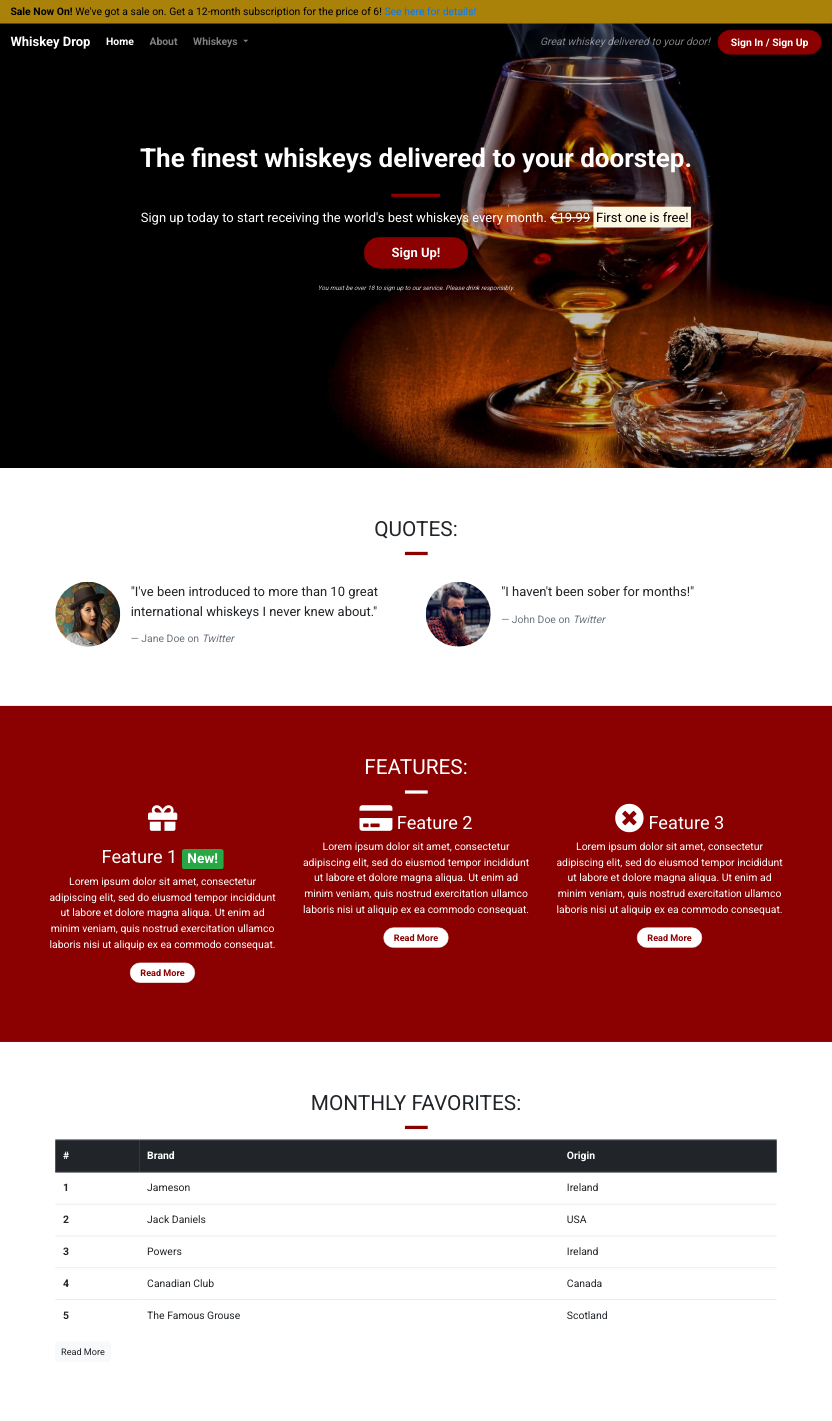
Repository: dof-bull/whiskey-drop
Page: index.html
The author's editor kept a record of every edit. The page is drawn from the files as they stood at one moment, then again after the next edit.
The browser window is 1280 px wide. The pictures show the whole page, at 65% of full size.
Backgrounds fixed to the window are drawn as part of the page. Some web libraries are served in a nearby version.

Above is the page before.

### index.html
<!DOCTYPE html>
<html lang="en-us">

<head>
  <meta charset="utf-8">
  <meta name="viewport" content="width=device-width, initial-scale=1.0">
  <title>Whiskey Drop | Taste a new whiskey every month</title>
  <link rel="stylesheet" href="https://maxcdn.bootstrapcdn.com/bootstrap/4.1.3/css/bootstrap.min.css">
  <link rel="stylesheet" href="https://use.fontawesome.com/releases/v5.6.1/css/all.css" integrity="sha384-gfdkjb5BdAXd+lj+gudLWI+BXq4IuLW5IT+brZEZsLFm++aCMlF1V92rMkPaX4PP" crossorigin="anonymous">
  <link href="https://fonts.googleapis.com/css?family=Roboto:400,700&display=swap" rel="stylesheet">
  <link rel="stylesheet" href="css/style.css" type="text/css" />
</head>

<body>

  <!-- Nav -->
  <div class="container-fluid navalert-container">
    <div class="container-fluid alert-container">
      <div class="row d-none d-sm-block">
        <div class="col-12">
          <div class="site-wide-alert alert alert-warning">
            <strong>Sale Now On!</strong> We've got a sale on. Get a 12-month subscription for the price of 6! <a href="">See here for details!</a>
          </div>
        </div>
      </div>
    </div>
    <nav class="navbar navbar-dark navbar-expand-sm">
      <a href="/" class="navbar-brand">Whiskey Drop</a>

      <button class="navbar-toggler ml-auto" type="button" data-toggle="collapse" data-target="#navbarNavDropdown" aria-controls="navbarNavDropdown" aria-expanded="false" aria-label="Toggle navigation">
        <span class="navbar-toggler-icon"></span></button>

      <div class="collapse navbar-collapse" id="navbarNavDropdown">
        <ul class="navbar-nav mr-auto">
          <li class="active nav-item mr-2"><a class="nav-link" href="/">Home</a></li>
          <li class="nav-item mr-2"><a class="nav-link" href="/about">About</a></li>
          <li class="nav-item dropdown">
            <a class="nav-link dropdown-toggle" href="#" id="navbarDropdownMenuLink" role="button" data-toggle="dropdown" aria-haspopup="true" aria-expanded="false">
          Whiskeys
        </a>
            <div class="dropdown-menu" aria-labelledby="navbarDropdownMenuLink">
              <a class="dropdown-item" href="#">Irish</a>
              <a class="dropdown-item" href="#">Scotch</a>
              <a class="dropdown-item" href="#">Japanese</a>
              <a class="dropdown-item" href="#">American</a>
            </div>
          </li>

          <li class="nav-item mr-2 d-block d-sm-none"><a class="nav-link" href="/login">Sign In / Sign Up</a></li>
        </ul>
      </div>
      <div class="d-none d-md-block">
        <p class="navbar-text my-auto mr-2"><i>Great whiskey delivered to your door!</i></p>
        <a href="/login" class="btn btn--cta btn--red">Sign In / Sign Up</a>
      </div>
    </nav>
  </div>
  <!-- /Nav -->

  <!-- Callout -->
  <div class="container-fluid callout-container">
    <div class="opaque-overlay">&nbsp;</div>
    <div class="row">
      <div class="col-12">
        <section class="callout jumbotron text-center">
          <h1 class="jumbotron-header">The finest whiskeys delivered to your doorstep.</h1>
          <hr class="block-divider block-divider--red">
          <p class="lead">Sign up today to start receiving the world's best whiskeys every month.
            <s class="d-none d-sm-inline">€19.99</s>
            <span class="d-inline d-sm-none"><br></span>
            <strong><mark>First one is free!</mark></strong></p>
          <p><button class="btn btn-lg btn--cta btn--red" data-toggle="modal" data-target="#signUpModal">Sign Up!</button></p>
          <p class="text-muted"><small>You must be over 18 to sign up to our service. Please drink responsibly.</small></p>
        </section>
      </div>
    </div>
  </div>
  <!-- /.callout -->

  <!-- Quotes -->
  <div class="container-wrapper">
    <div class="container quotes-container content-container">
      <section class="quotes">
        <div class="row">
          <div class="col-12 page-header">
            <h2 class="text-uppercase">Quotes:</h2>
            <hr class="block-divider block-divider--short">
          </div>
        </div>
        <div class="row">
          <div class="col-12 col-md-6">
            <div class="media">
              <div class="d-none d-sm-block">
                <img src="images/girl-image.png" class="rounded-circle mr-3" height=100 width=100 alt="girl">
              </div>
              <div class="media-body">
                <blockquote class="blockquote">
                  <p>"I've been introduced to more than 10 great international whiskeys I never knew about."</p>
                  <footer class="blockquote-footer">Jane Doe on <cite title="Twitter">Twitter</cite></footer>
                </blockquote>
              </div>
            </div>
          </div>
          <div class="col-12 col-md-6">
            <div class="media">
              <div class="d-none d-sm-block">
                <img src="images/guy-image.png" class="rounded-circle mr-3" height=100 width=100 alt="guy">
              </div>
              <div class="media-body">
                <blockquote class="blockquote">
                  <p>"I haven't been sober for months!"</p>
                  <footer class="blockquote-footer">John Doe on <cite title="Twitter">Twitter</cite></footer>
                </blockquote>
              </div>
            </div>
          </div>
        </div>
      </section>
    </div>
  </div>
  <!-- /.quotes -->

  <!-- Features -->
    <div class="container-wrapper container-wrapper--red">
        <div class="container features-container content-container">
            <section class="features">
                <div class="row">
                    <div class="col-12 page-header">
                        <h2 class="text-uppercase">Features:</h2>
                        <hr class="block-divider block-divider--short block-divider--white">
                    </div>
        <div class="row">
          <div class="col-12 col-md-6 col-lg-4">
            <div class="feature">
              <h3><i class="fas fa-gift d-none d-sm-block"></i> Feature 1 <span class="badge badge-success">New!</span></h3>
              <p>Lorem ipsum dolor sit amet, consectetur adipiscing elit, sed do eiusmod tempor incididunt ut labore et dolore magna aliqua. Ut enim ad minim veniam, quis nostrud exercitation ullamco laboris nisi ut aliquip ex ea commodo consequat.</p>
              <p><a class="btn btn-sm btn-light" href="">Read More</a></p>
            </div>
          </div>
          <div class="col-12 col-md-6 col-lg-4">
            <div class="feature">
              <h3><i class="fas fa-credit-card d-none d-sm-inline"></i> Feature 2</h3>
              <p>Lorem ipsum dolor sit amet, consectetur adipiscing elit, sed do eiusmod tempor incididunt ut labore et dolore magna aliqua. Ut enim ad minim veniam, quis nostrud exercitation ullamco laboris nisi ut aliquip ex ea commodo consequat.</p>
              <p><a class="btn btn-sm btn-light" href="">Read More</a></p>
            </div>
          </div>
          <div class="col-12 d-md-none d-lg-block col-lg-4">
            <div class="feature">
              <h3><i class="fas fa-times-circle d-none d-sm-inline"></i> Feature 3</h3>
              <p>Lorem ipsum dolor sit amet, consectetur adipiscing elit, sed do eiusmod tempor incididunt ut labore et dolore magna aliqua. Ut enim ad minim veniam, quis nostrud exercitation ullamco laboris nisi ut aliquip ex ea commodo consequat.</p>
              <p><a class="btn btn-sm btn-light" href="">Read More</a></p>
            </div>
          </div>
        </div>
      </section>
    </div>
  </div>
  <!-- /.features -->

  <!-- Monthly Favorites -->
  <div class="container monthly-favorites-container content-container">
    <section class="monthly-favorites d-none d-sm-none d-md-block d-lg-block">
      <div class="row">
        <div class="col-12 page-header">
          <h2 class="text-uppercase">Monthly Favorites:</h2>
          <hr class="block-divider block-divider--short">
        </div>
      </div>
      <table class="table">
        <thead class="thead-dark">
          <tr>
            <th scope="col">#</th>
            <th scope="col">Brand</th>
            <th scope="col">Origin</th>
          </tr>
        </thead>
        <tbody>
          <tr>
            <th scope="row">1</th>
            <td>Jameson</td>
            <td>Ireland</td>
          </tr>
          <tr>
            <th scope="row">2</th>
            <td>Jack Daniels</td>
            <td>USA</td>
          </tr>
          <tr>
            <th scope="row">3</th>
            <td>Powers</td>
            <td>Ireland</td>
          </tr>
          <tr>
            <th scope="row">4</th>
            <td>Canadian Club</td>
            <td>Canada</td>
          </tr>
          <tr>
            <th scope="row">5</th>
            <td>The Famous Grouse</td>
            <td>Scotland</td>
          </tr>
        </tbody>
      </table>
      <p><a class="btn btn-sm btn-light" href=""> Read More</a>
      </p>
    </section>
  </div>
  <!-- /.monthly favorites -->

  <!--  Modal -->
  <div class="modal" tabindex="-1" role="dialog" id="signUpModal">
    <div class="modal-dialog" role="document">
      <div class="modal-content">
        <div class="modal-header">
          <h5 class="modal-title">Sign Up To Whiskey Drop!</h5>
          <button type="button" class="close" data-dismiss="modal" aria-label="Close">
          <span aria-hidden="true">&times;</span>
        </button>
        </div>
        <div class="modal-body">
          <form>
            <div class="form-group">
              <label for="exampleInputEmail1">Email address</label>
              <input type="email" class="form-control" id="exampleInputEmail1" aria-describedby="emailHelp" placeholder="Enter email">
              <small id="emailHelp" class="form-text text-muted">We'll never share your email with anyone else.</small>
            </div>
            <div class="form-group">
              <label for="password">Password</label>
              <input type="password" class="form-control" id="password" placeholder="Password">
            </div>
            <div class="form-group">
              <label for="repeatPassword">Repeat Password</label>
              <input type="password" class="form-control" id="repeatPassword" placeholder="Repeat Password">
            </div>
            <button type="submit" class="btn btn-success">Submit</button>
          </form>
        </div>
      </div>
    </div>
  </div>
  <!--  /Modal -->

  <script src="https://code.jquery.com/jquery-3.3.1.slim.min.js" integrity="sha384-q8i/X+965DzO0rT7abK41JStQIAqVgRVzpbzo5smXKp4YfRvH+8abtTE1Pi6jizo" crossorigin="anonymous"></script>
  <script src="https://cdnjs.cloudflare.com/ajax/libs/popper.js/1.14.7/umd/popper.min.js" integrity="sha384-UO2eT0CpHqdSJQ6hJty5KVphtPhzWj9WO1clHTMGa3JDZwrnQq4sF86dIHNDz0W1" crossorigin="anonymous"></script>
  <script src="https://stackpath.bootstrapcdn.com/bootstrap/4.3.1/js/bootstrap.min.js" integrity="sha384-JjSmVgyd0p3pXB1rRibZUAYoIIy6OrQ6VrjIEaFf/nJGzIxFDsf4x0xIM+B07jRM" crossorigin="anonymous"></script>
</body>

</html>

### css/style.css
body {
    font-family: 'Roboto', sans-serif;
}

.container-wrapper {}

.container-wrapper--red {
    background-color: darkred;
    color: white;
}

.alert-container .col-12 {
    padding-left: 0;
    padding-right: 0;
}

.site-wide-alert {
    border-radius: 0;
    margin-bottom: 0;
    padding: 5px 15px;
    color: black;
    background-color: #aa8109;
    border-color: #aa8109;
}

.callout-container {
    height: 100vh;

    background: url("../images/whiskey-background.jpg") no-repeat bottom right fixed;
    -webkit-background-size: cover;
    -moz-background-size: cover;
    -o-background-size: cover;
    background-size: cover;

    display: flex;
    align-items: center;
    justify-content: center;

    position: relative;
}

.opaque-overlay {
    position: absolute;
    top: 0;
    left: 0;
    height: 100%;
    width: 100%;
    background-color: rgba(0, 0, 0, 0.25);
}

.quotes-container {}

.features-container {}

.monthly-favorites-container {}

/* Page headers */

.page-header {
    margin-bottom: 0;
    border-bottom: 0;
    text-align: center;
}

.page-header h2 {
    margin-top: 0;
}

.quotes .page-header {
    margin-bottom: 25px;
}

/* Block Dividers */

.block-divider {
    width: 75px;
    height: 5px;
    border: 0;
    background-color: darkred;
}

.block-divider--red {
    background-color: darkred;
}

.block-divider--white {
    background-color: white;
}


.block-divider--short {
    width: 35px;
}

/* Content containers */

.content-container {
    padding-top: 75px;
    padding-bottom: 75px;
}

/* Navbar */

.navalert-container {
    position: absolute;
    top: 0;
    left: 0;
    padding-left: 0;
    padding-right: 0;
    z-index: 1;
}

.navbar {
    margin-bottom: 0;
    border: 0;
    width: 100%;
    background-color: rgba(0, 0, 0, 0.25);
}

.navbar .navbar-toggler {
    border: 0;
}

.navbar-brand {
    font-weight: bold;
}

.navbar .navbar-nav a {
    font-weight: bold;
}

/* Jumobtron */

.jumbotron {
    background-color: transparent;
}

.jumbotron-header {
    color: white;
    font-weight: bold;
    margin-bottom: 30px;
}

.jumbotron .lead {
    color: white;
}


.jumbotron small {
    font-size: 60%;
    font-style: italic;
    color: #d0d0d0;
}

/* Buttons */

.btn--cta {
    font-weight: bold;
    border-radius: 23px;
    width: 160px;
}

.btn--red {
    color: white;
    background-color: darkred;
    border-color: darkred;
}

.btn--red:hover,
.btn--red:active,
.btn--red:focus,
.btn--red:active:focus {
    background-color: red;
    border-color: red;
}

.feature {
    text-align: center
}

.feature i {
    margin-bottom: 20px;
    font-size: 45px;
    line-height: 45px;
}

.feature .btn {
    background-color: white;
    border-color: white;
    border-radius: 15px;
    min-width: 100px;
    font-weight: bold;
    margin-top: 1opx;
    color: darkred;
}

After the next edit:
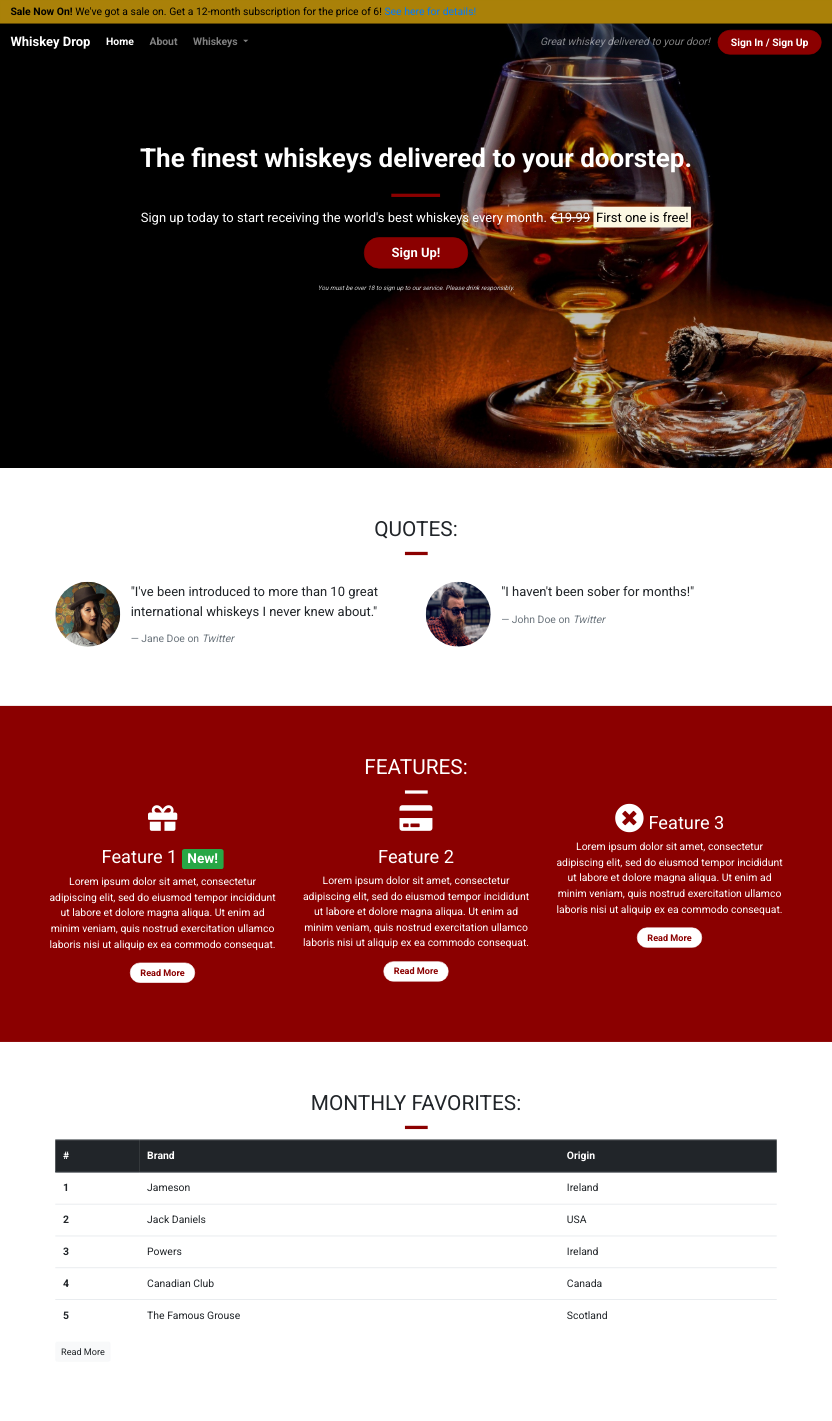
The edit:
--- a/index.html
+++ b/index.html
@@ -139,7 +139,7 @@
           </div>
           <div class="col-12 col-md-6 col-lg-4">
             <div class="feature">
-              <h3><i class="fas fa-credit-card d-none d-sm-inline"></i> Feature 2</h3>
+              <h3><i class="fas fa-credit-card d-none d-sm-block"></i> Feature 2</h3>
               <p>Lorem ipsum dolor sit amet, consectetur adipiscing elit, sed do eiusmod tempor incididunt ut labore et dolore magna aliqua. Ut enim ad minim veniam, quis nostrud exercitation ullamco laboris nisi ut aliquip ex ea commodo consequat.</p>
               <p><a class="btn btn-sm btn-light" href="">Read More</a></p>
             </div>
